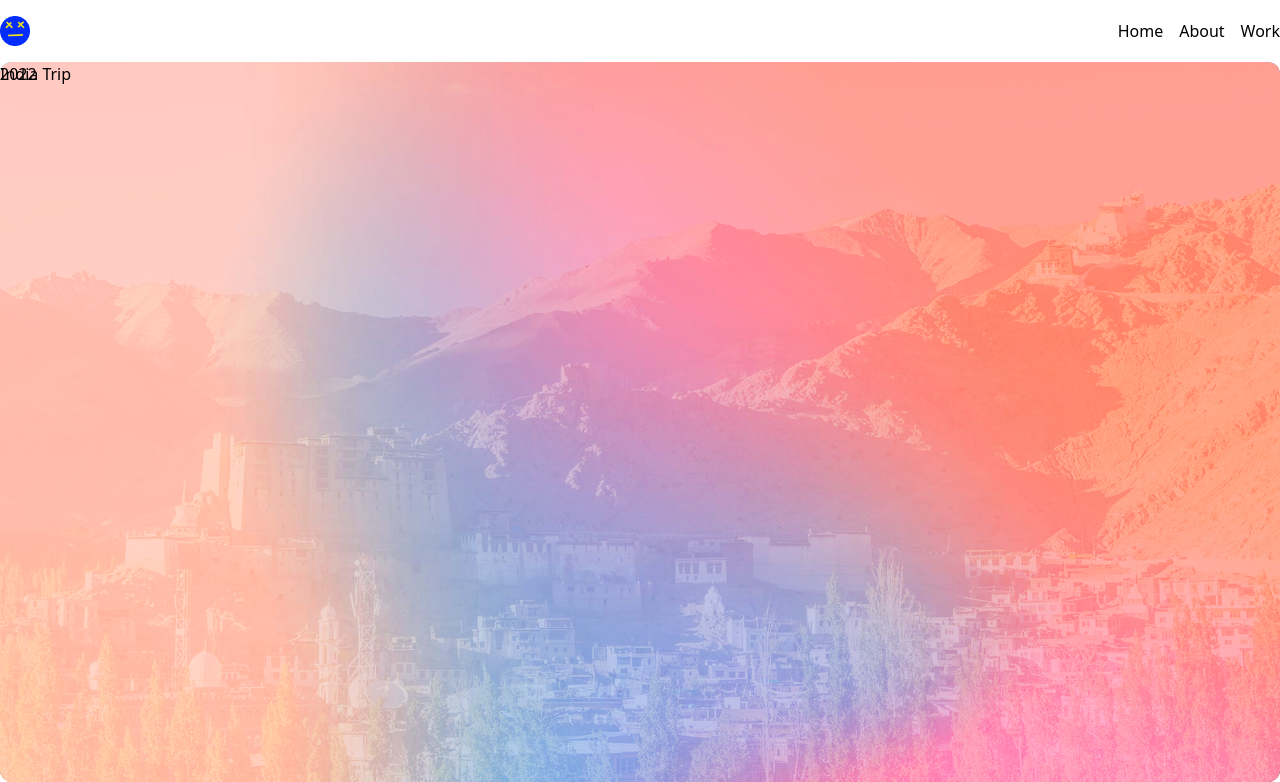
Repository: aaroncemery/aaroncemery-next
Page: /
An editor plug-in stored every save of this project. The page is shown before and after the next save, followed by the edit.
The browser window is 1280 px wide. The pictures show the whole page.
The project was rebuilt for these pictures with package versions that can differ from the ones it lists, and the page was loaded fresh each time. The framework's server and built-in components were replaced by stand-ins that run in the browser. Also part of the build but not shown: next.config.js.

Above is the page before, as saved 2022-06-13 19:50:15.

### pages/index.tsx
import type { NextPage } from 'next'
import { Fragment } from 'react'
import Image from 'next/image'
import NavIcon from '../public/assets/nav-icon.png'
import HeroImage from '../public/assets/lehguidelead.jpeg'
import MeshGradient from '../public/assets/mesh-gradient.jpg'
import Link from 'next/link'

const Home: NextPage = () => {
  return (
    <Fragment>
      <nav className="container flex justify-between items-center m-auto py-4">
        <Image src={NavIcon} alt={'aaroncemery icon'} height={30} width={30} />
        <ul className="flex justify-between items-center gap-4">
          <li>
            <Link href="/">Home</Link>
          </li>
          <li>
            <Link href="/about">About</Link>
          </li>
          <li>
            <Link href="/work">Work</Link>
          </li>
        </ul>
      </nav>
      <div
        className={`container relative bg-hero-pattern rounded-xl m-auto bg-cover aspect-video`}
      >
        <Image
          src={HeroImage}
          alt="hero image"
          className="relative rounded-xl"
          layout="fill"
        />
        <div className="absolute bg-mesh-gradient bg-cover w-full h-full top-0 left-0 mix-blend-screen aspect-video rounded-xl"></div>
        <div className="absolute bg-mesh-gradient bg-cover w-full h-full top-0 left-0 mix-blend-multiply aspect-video rounded-xl"></div>
        <h1 className="z-10 absolute">India Trip</h1>
        <h1 className="z-10 absolute">2022</h1>
      </div>
    </Fragment>
  )
}

export default Home

### tailwind.config.js
/** @type {import('tailwindcss').Config} */
module.exports = {
  content: [
    './pages/**/*.{js,ts,jsx,tsx}',
    './components/**/*.{js,ts,jsx,tsx}',
  ],
  theme: {
    extend: {
      backgroundImage: {
        'mesh-gradient': "url('/assets/mesh-gradient.jpg')",
      },
    },
  },
  plugins: [],
}

Loaded but not shown: pages/_app.tsx (common file); styles/globals.css (common file)

After the next save:
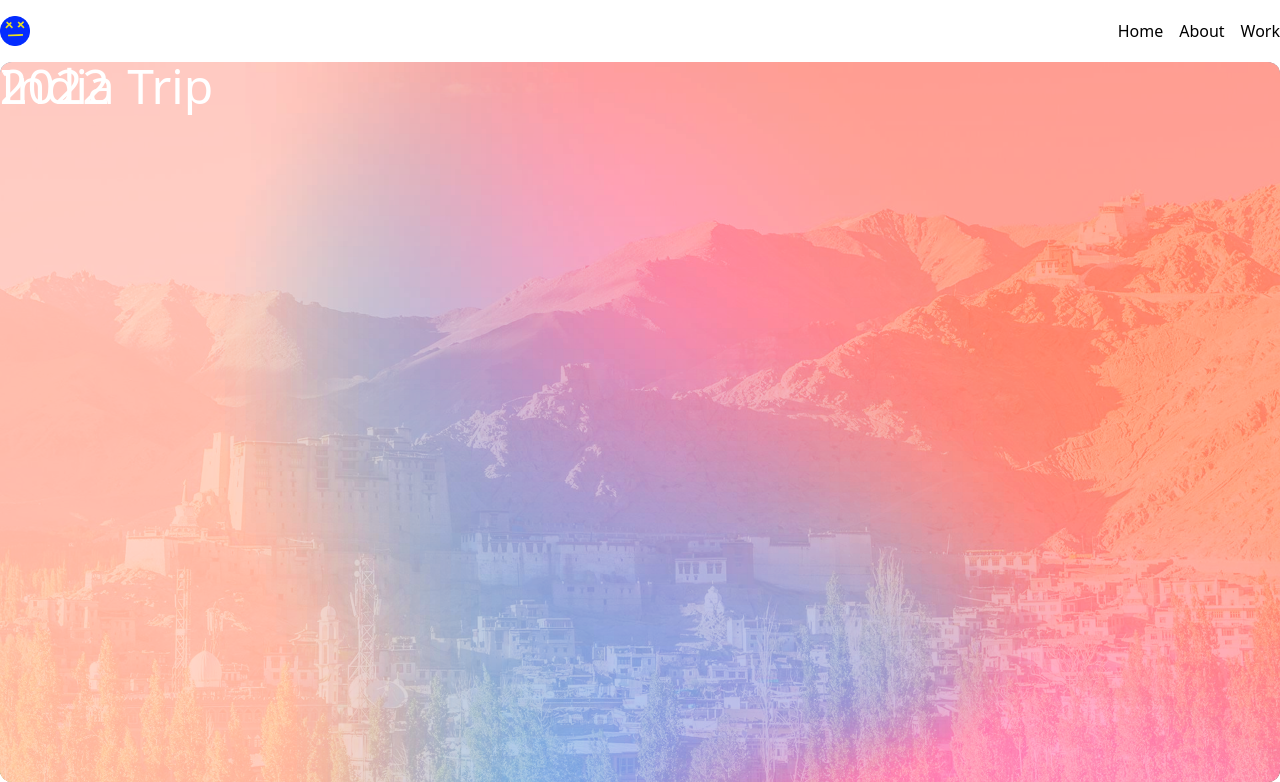
Saved 48 s later.
--- a/pages/index.tsx
+++ b/pages/index.tsx
@@ -34,8 +34,12 @@ const Home: NextPage = () => {
         />
         <div className="absolute bg-mesh-gradient bg-cover w-full h-full top-0 left-0 mix-blend-screen aspect-video rounded-xl"></div>
         <div className="absolute bg-mesh-gradient bg-cover w-full h-full top-0 left-0 mix-blend-multiply aspect-video rounded-xl"></div>
-        <h1 className="z-10 absolute">India Trip</h1>
-        <h1 className="z-10 absolute">2022</h1>
+        <h1 className="z-10 absolute text-5xl text-white mix-blend-overlay">
+          India Trip
+        </h1>
+        <h1 className="z-10 absolute text-5xl text-white mix-blend-overlay">
+          2022
+        </h1>
       </div>
     </Fragment>
   )
